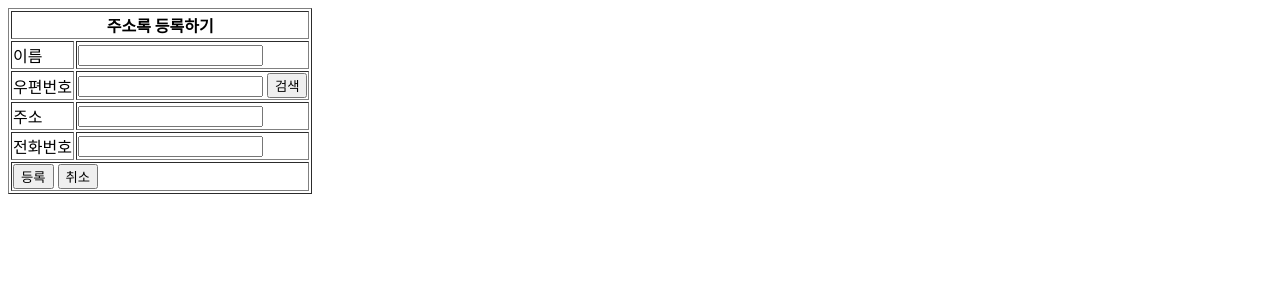
Repository: BosuMamemon/JSP_work
Page: http://localhost/JSP_Project/address/02-28 insert.jsp
An editor plug-in stored every save of this project. The page is shown before and after the next save, followed by the edit.
The browser window is 1280 px wide. The pictures show the whole page.
The page is served by Tomcat 9.

Above is the page before, as saved 2025-02-28 01:13:05.

After the next save:
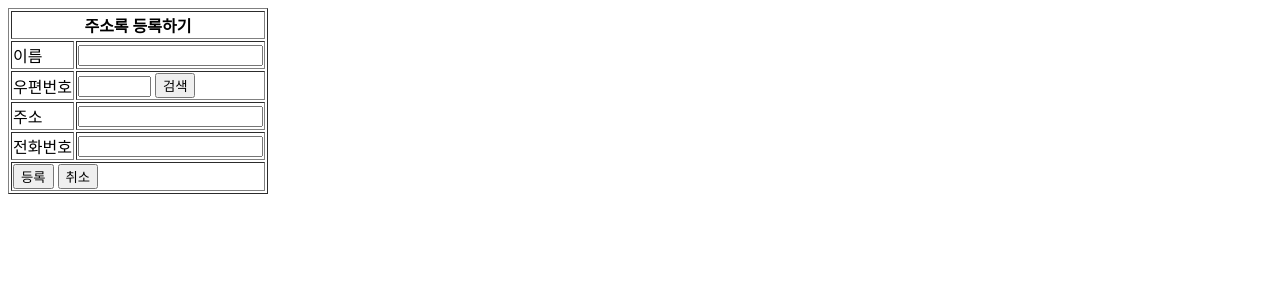
Saved 92 s later.
--- a/workspace/JSP_Project/src/main/webapp/address/02-28 insert.jsp
+++ b/workspace/JSP_Project/src/main/webapp/address/02-28 insert.jsp
@@ -20,7 +20,7 @@
 				<tr>
 					<td>우편번호</td>
 					<td>
-						<input type="text" name="zipCode" id="zipCode">
+						<input type="text" name="zipCode" id="zipCode" size=6>
 						<button type="button" id="zipCodeButton">검색</button>
 					</td>
 				</tr>
